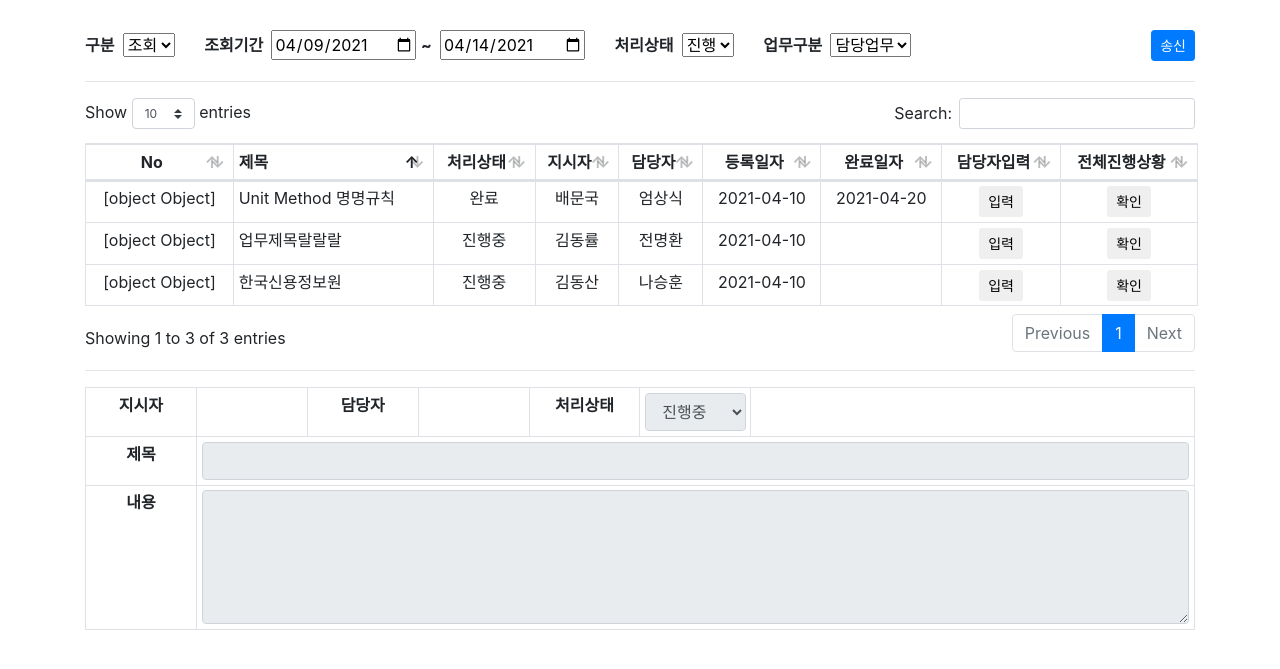
Repository: jungtaeyong/FSB_Project
Page: http://localhost/FsbJobMgt/main.jsp
The author's editor kept a copy of each file at every save. The page is drawn from the files as they stood at one save, then again after the next save.
The browser window is 1280 px wide. The pictures show the whole page.
The page is served by Tomcat 9.

Above is the page before, as saved 2021-04-16 06:19:09.
Console error: ReferenceError: jobList is not defined

### FsbJobMgt/WebContent/main.jsp
<%@ page language="java" contentType="text/html; charset=EUC-KR" pageEncoding="EUC-KR"%>
<%@ include file="/modal1_Adding.jsp" %>

<!DOCTYPE html PUBLIC "-//W3C//DTD HTML 4.01 Transitional//EN" "http://www.w3.org/TR/html4/loose.dtd">
<html>
<head>
<meta http-equiv="Content-Type" content="text/html; charset=EUC-KR">
<title>업무 관리</title>
</head>
<body>
<!-- jquery  -->
<script type="text/javascript" src="js/jquery-3.6.0.min.js"></script>

<!-- bootstrap -->
<link rel="stylesheet" type="text/css" href="lib/Bootstrap-4-4.1.1/css/bootstrap.min.css"/>
<script type="text/javascript" src="lib/Bootstrap-4-4.1.1/js/bootstrap.min.js"></script>

<!-- datatables -->
<link rel="stylesheet" type="text/css" href="lib/DataTables-1.10.24/css/dataTables.bootstrap4.min.css"/>
<script type="text/javascript" src="lib/DataTables-1.10.24/js/jquery.dataTables.min.js"></script>
<script type="text/javascript" src="lib/DataTables-1.10.24/js/dataTables.bootstrap4.min.js"></script>
<script>
$(document).ready(function() {
	/* 초기 조회 조건 세팅 */
	$('#REQUEST_TYPE').val('1'); //구분
	$('#BZWR_STS').val('01'); //처리상태
	$('#BZWR_DSTC').val('2'); //업무구분

	let befor7days= new Date();
	befor7days.setDate(befor7days.getDate()-5);
	document.getElementById('FROM_DATE').valueAsDate = befor7days; //FROM_DATE
	document.getElementById('TO_DATE').valueAsDate = new Date(); //TO_DATE

	let jobList=setTable();

	/* 송신버튼 */
	$('#action_submit').click(function(){
		let dvcd = $('#REQUEST_TYPE').val();
		if(dvcd=='1'){
			console.log('조회');
			setTable();
		}else if(dvcd=='2'){
			console.log('등록');
			createNewJob();
		}else if(dvcd=='3'){
			console.log('변경');
			updateJob();
		}
	});

	/* 구분 변경 이벤트 처리 */
	$('#REQUEST_TYPE').change(function() {
		let dvcd = $('#REQUEST_TYPE').val();
		if(dvcd=='1'){
			$('#BZWR_EXC_CHGR_BTN').hide();
			$('#BZWR_STS_2').attr("disabled",true);
			$('#BZWR_TTL').attr("disabled",true);
			$('#BZWR_CNTN').attr("disabled",true);
		}else if(dvcd=='2'){
			$('#BZWR_INDC_CHGR').text('로그인 유저');
			$('#BZWR_EXC_CHGR').text('');
			$('#BZWR_EXC_CHGR_BTN').show();
			$('#BZWR_STS_2').attr("disabled",true);
			$('#BZWR_TTL').val("");
			$('#BZWR_CNTN').val("");
			$('#BZWR_TTL').removeAttr("disabled");
			$('#BZWR_CNTN').removeAttr("disabled");
		}else if(dvcd=='3'){
			$('#BZWR_EXC_CHGR_BTN').show();
			$('#BZWR_STS_2').removeAttr("disabled");
			$('#BZWR_TTL').removeAttr("disabled");
			$('#BZWR_CNTN').removeAttr("disabled");
			alert('변경할 데이터를 선택해주세요.');
		}
	});

} );


function setTable(){
	/* 테이블 데이터 로딩 */
	let sendData = {
    		REQUEST_TYPE:$('#REQUEST_TYPE').val(),
    		FROM_DATE:$('#FROM_DATE').val(),
    		TO_DATE:$('#TO_DATE').val(),
    		BZWR_STS:$('#BZWR_STS').val(),
    		BZWR_DSTC:$('#BZWR_DSTC').val()
    };
	console.log('sendData',sendData);
	return jobList = $('#job_list').DataTable( {
        ajax : {
        	url : 'lib/testJson2.json',
        	type : 'POST',
        	data : sendData
        },
        columns : [
			{data: null },
			{data: "BZWR_TTL" },
            {data: "BZWR_STS", render : function ( data, type, row, meta ) {
            	if(data=="01"){
            		return '진행중';
            	}else if(data=="02"){
            		return '완료';
            	}
            }},
            {data: "BZWR_INDC_CHGR_TXT" },
            {data: "BZWR_EXC_CHGR_TXT" },
            {data: "BZWR_REG_DT" },
            {data: "BZWR_CMPL_DT" },
            {data: null , render : function ( data, type, row, meta ) {
                return '<button name="first_btn" class="btn btn-sm btn-default">입력</button>'
            }},
            {data: null , render : function ( data, type, row, meta ) {
                return '<button name="second_btn" class="btn btn-sm btn-default">확인</button>'
            }}
        ],
        columnDefs: [{ className: 'text-center', targets: [0,2,3,4,5,6,7,8] }],
        order: [[ 1, 'asc' ]]
    });
}

/* 테이블 Index 생성을 위한 함수 */
jobList.on( 'order.dt search.dt', function () {
	jobList.column(0, {search:'applied', order:'applied'}).nodes().each( function (cell, i) {
        cell.innerHTML = i+1;
    } );
} ).draw();

/* 테이블 클릭 이벤트  -> 클릭한 row에 해당하는 데이터를 상세 정보에 보여줌*/
$('#job_list tbody').on('click', 'td:nth-child(-n+7)', function () {
	let data = jobList.row( this ).data();
    console.log('Table Click Event',data);

	if($('#REQUEST_TYPE').val()!='2'){ //"구분-등록" 상태면 반응 없음.
        $('#BZWR_INDC_CHGR').text(data.BZWR_INDC_CHGR_TXT); //지시자
        $('#BZWR_EXC_CHGR').text(data.BZWR_EXC_CHGR_TXT); //담당자
        $('#BZWR_STS_2').val(data.BZWR_STS); //처리상태(업무상태)
        $('#BZWR_TTL').val(data.BZWR_TTL); //제목
        $('#BZWR_CNTN').val(data.BZWR_CNTN); //내용
        if($('#REQUEST_TYPE').val()=='1' || data.BZWR_STS=='02'){
        	$('#BZWR_EXC_CHGR_BTN').hide();
			$('#BZWR_STS_2').attr("disabled",true);
			$('#BZWR_TTL').attr("disabled",true);
			$('#BZWR_CNTN').attr("disabled",true);
        }else{
        	$('#BZWR_EXC_CHGR_BTN').show();
			$('#BZWR_STS_2').removeAttr("disabled");
			$('#BZWR_TTL').removeAttr("disabled");
			$('#BZWR_CNTN').removeAttr("disabled");
        }
	}
} );

/* 선택된  row 하이라이트 */
$('#job_list tbody').on('click', 'tr', function() {
	$('#job_list tbody > tr').css('background-color','#ffffff');
	$(this).css('background-color','#f0f5f5');
});

/* 테이블 버튼 이벤트(담당자입력) */
$('#job_list tbody').on( 'click', 'button[name="first_btn"]', function () {
    let data = jobList.row( $(this).parents('tr') ).data();
	//console.log("First Button",data);
	setData(data); //모달 페이지로 데이터를 전달하기 위한 함수
	$('#exampleModal').modal();
} );

/* 테이블 버튼 이벤트(전체진행상황) */
$('#job_list tbody').on( 'click', 'button[name="second_btn"]', function () {
    let data = jobList.row( $(this).parents('tr') ).data();
	//console.log("Second Button",data);
    setData(data); //모달 페이지로 데이터를 전달하기 위한 함수
	$('#exampleModalCenter').modal();
} );

/* 등록 */
function createNewJob(){
	$.ajax({
		url:'',
		dataType:'application/json',
		data : {
			REQUEST_TYPE:$('#REQUEST_TYPE').val(), //구분(조회,등록,변경)
			BZWR_DSTC:$('#BZWR_DSTC').val(), //업무구분
			BZWR_INDC_CHGR:'로그인 유저', //업무지시담당자
			BZWR_EXC_CHGR:'담당자', //업무수행담당자
			BZWR_STS:'1', //업무상태 (등록 시 진행으로 세팅)
			BZWR_TTL:$('#BZWR_TTL').val(), //업무제목
			BZWR_CNTN:$('#BZWR_CNTN').val() //업무내용
		},
		success:function(data){
			alert('등록 되었습니다.');
	   }
	})
}

/* 변경 */
function updateJob(){
	$.ajax({
		url:'',
		dataType:'application/json',
		data : {
			REQUEST_TYPE:$('#REQUEST_TYPE').val(), //구분(조회,등록,변경)
			BZWR_DSTC:$('#BZWR_DSTC').val(), //업무구분
			BZWR_EXC_CHGR:'담당자', //업무수행담당자
			BZWR_STS:$('#BZWR_STS_2').val(), //업무상태
			BZWR_TTL:$('#BZWR_TTL').val(), //업무제목
			BZWR_CNTN:$('#BZWR_CNTN').val() //업무내용
		},
		success:function(data){
			alert('변경 되었습니다.');
	   }
	})
}


</script>
<div class="container" style="margin-top:30px">
	<!-- 조회 조건 -->
	<div>
		<div>
			<label style="font-weight:bold;">구분&nbsp;</label>
			<select id="REQUEST_TYPE" style="margin-right:25px">
			    <option value="1">조회</option>
			    <option value="2">등록</option>
			    <option value="3">변경</option>
			</select>
			<label style="font-weight:bold">조회기간&nbsp;</label>
			<input type="date" id="FROM_DATE" style="width:145px" value=""/>
			<label style="font-weight:bold">~&nbsp;</label>
			<input type="date" id="TO_DATE" value=""  style="margin-right:25px;width:145px"/>
			<label style="font-weight:bold;">처리상태&nbsp;</label>
			<select id="BZWR_STS" style="margin-right:25px">
			    <option value="01">진행</option>
			    <option value="02">완료</option>
			    <option value="03">전체</option>
			</select>
			<label style="font-weight:bold;">업무구분&nbsp;</label>
			<select id="BZWR_DSTC">
			    <option value="1">지시업무</option>
			    <option value="2">담당업무</option>
			</select>
			<input type='button' id="action_submit" class="btn btn-sm btn-primary" style="float:right" value='송신'/>
		</div>
	</div>
	<hr/>
	<!-- 목록 -->
	<div>
		<table id="job_list" class="table table-sm table-bordered">
	        <thead>
	            <tr>
	            	<th>No</th>
	                <th>제목</th>
	                <th>처리상태</th>
	                <th>지시자</th>
	                <th>담당자</th>
	                <th>등록일자</th>
	                <th>완료일자</th>
	                <th>담당자입력</th>
	                <th>전체진행상황</th>
	            </tr>
	        </thead>
	    </table>
	</div>
	<hr/>
	<!-- 상세 -->
	<div>
		<table class="table table-bordered table-sm display" style="text-align:center;">
			<tr>
				<th scope="col" width="10%">지시자</th>
				<td scope="col" id="BZWR_INDC_CHGR" width="10%"></td>
				<th scope="col" width="10%">담당자</th>
				<td scope="col" width="10%">
					<span id="BZWR_EXC_CHGR"></span>
					<button id="BZWR_EXC_CHGR_BTN" class="btn btn-sm btn-info" style="display:none">선택</button>
				</td>
				<th scope="col" width="10%">처리상태</th>
				<td scope="col" width="10%">
					<select id="BZWR_STS_2" class="form-control" disabled>
					    <option value="01">진행중</option>
					    <option value="02">완료</option>
					</select>
				</td>
				<td scope="col"></td>
			</tr>
			<tr>
				<th scope="row">제목</th><td colspan="6"><input type="text" id="BZWR_TTL" class="form-control input-sm" disabled/></td>
			</tr>
			<tr>
				<th scope="row">내용</th><td colspan="6"><textarea ID="BZWR_CNTN" class="form-control input-sm" rows="5" disabled></textarea></td>
			</tr>
		</table>
	</div>
</div>
</body>
</html>

### FsbJobMgt/WebContent/modal1_Adding.jsp
<%@ page language="java" contentType="text/html; charset=EUC-KR"
    pageEncoding="EUC-KR"%>
<!DOCTYPE html>

<html lang="en">
  <head>
    <!-- Required meta tags -->
    <meta charset="utf-8">
    <meta name="viewport" content="width=device-width, initial-scale=1, shrink-to-fit=no">

	<!-- jquery  -->
	<script type="text/javascript" src="js/jquery-3.6.0.min.js"></script>

	<!-- bootstrap -->
	<link rel="stylesheet" type="text/css" href="lib/Bootstrap-4-4.1.1/css/bootstrap.min.css"/>
	<script type="text/javascript" src="lib/Bootstrap-4-4.1.1/js/bootstrap.min.js"></script>




<!--     드롭다운 style -->
    <style>
	.dropbtn {
	  background-color: #4CAF50;
	  color: white;
	  padding: 16px;
	  font-size: 16px;
	  border: none;
	}

	.dropdown {
	  position: relative;
	  display: inline-block;
	}

	.dropdown-content {
	  display: none;
	  position: absolute;
	  background-color: #f1f1f1;
	  min-width: 160px;
	  box-shadow: 0px 8px 16px 0px rgba(0,0,0,0.2);
	  z-index: 1;
	}

	.dropdown-content a {
	  color: black;
	  padding: 12px 16px;
	  text-decoration: none;
	  display: block;
	}

	.dropdown-content a:hover {background-color: #ddd;}

	.dropdown:hover .dropdown-content {display: block;}

	.dropdown:hover .dropbtn {background-color: #3e8e41;}
	</style>

  </head>
  <script>
	function setData(data){
		let dataObjFromMain; //dataObjFromMain.JOB_CD 처럼 접근해서 사용.
		dataObjFromMain=data;
		console.log('dataObjFromMain',dataObjFromMain); //확인용

		/* 여기에 DB에 데이터 요청하고 받아오고 view에 적용하는 로직 작성 */
	}
  </script>
  <body>
    <!--
    <h1>In Page</h1>
	<button type="button" class="btn btn-primary" data-toggle="modal" data-target="#exampleModal" data-whatever="@mdo">담당자 추가</button>
	-->


	<!-- 	### 담당자 추가 -->
	<div class="modal fade" id="exampleModal" tabindex="-1" role="dialog" aria-labelledby="exampleModalLabel" aria-hidden="true">
	  <div class="modal-dialog" role="document">
	    <div class="modal-content">
	      <div class="modal-header">
	        <h5 class="modal-title" id="exampleModalLabel">담당자 추가</h5>
	        <button type="button" class="close" data-dismiss="modal" aria-label="Close">
	          <span aria-hidden="true">&times;</span>
	        </button>
	      </div>

	      <div class="modal-body">
		    <b>최초 지시자&emsp;</b> <em>OOO</em>
		    &emsp;&emsp;&emsp;&emsp;&emsp;
		    <b>현재 담당자&emsp;</b> <em>OOO</em>

	     	<br/><br/>

			<table>
				<tr><!--행(row)선언-->
	                <th><b>추가 담당자</b></th>


	                	<!-- <input type="text" name = "UserID" value="" placeholder = "담당자 입력" style="width:100px; right:30%;"/> -->
	                	<!-- <input type="text" class="form-control" id="recipient-name" style="width:100px; padding-left:10px"> -->
	                	<td>
	                	&emsp;
	                		<select name="solar_birth_yn" id="solar_birth_yn">
		                		<option value="none">부 서</option>
		 				       	<option value="1">IT</option>
					       	 	<option value="2">일반본부</option>
					   		</select>
					   	&emsp;
					   		<select name="solar_birth_yn" id="solar_birth_yn">
		                		<option value="none">팀</option>
		 				       	<option value="1">계정운영팀</option>
					       	 	<option value="2">계정개발팀</option>
					   		</select>
					   	&emsp;
					   		<select name="solar_birth_yn" id="solar_birth_yn">
		                		<option value="none">사원</option>
		 				       	<option value="1">홍길동</option>
					       	 	<option value="2">김동율</option>
					   		</select>
					    </td>

	                <!-- <th rowspan="2"><input type="submit" value="로그인"/></th> -->
        	    </tr>
			</table>


			<hr>

	        <form>
	          <div class="form-group">
	            <label for="recipient-name" class="col-form-label">제 목</label>
	            <input type="text" class="form-control" id="recipient-name">
	          </div>
	          <div class="form-group">
	            <label for="message-text" class="col-form-label">내 용</label>
	            <textarea class="form-control" id="message-text" style="height:100px"></textarea>
	          </div>
	        </form>
	      </div>

	      <div class="modal-footer">
	        <button type="button" class="btn btn-secondary" data-dismiss="modal">닫기</button>
	        <button type="button" class="btn btn-primary">등록</button>
	      </div>
	    </div>
	  </div>
	</div>

	<!-- 	### 지시현황 체크 -->
		<!-- Button trigger modal -->
	<!--
	<button type="button" class="btn btn-primary" data-toggle="modal" data-target="#exampleModalCenter">
	  지시현황
	</button>
	-->

	<!-- Modal -->
	<div class="modal fade" id="exampleModalCenter" tabindex="-1" role="dialog" aria-labelledby="exampleModalCenterTitle" aria-hidden="true">
	  <div class="modal-dialog modal-dialog-centered" role="document">
	    <div class="modal-content">
	      <div class="modal-header">
	        <h5 class="modal-title" id="exampleModalCenterTitle">지시현황</h5>
	        <button type="button" class="close" data-dismiss="modal" aria-label="Close">
	          <span aria-hidden="true">&times;</span>
	        </button>
	      </div>

	      <div class="modal-body">
		     <table class="table">
				 <thead>
				   <tr>
				      <th>지시자</th>
				      <th>담당자</th>
				      <th>처리 상태</th>
   				      <th>지시 일자</th>
				   </tr>
				 </thead>
				 <tbody>
				   <tr>
				      <td>John</td>
				      <td>Doe</td>
				      <td>진행중</td>
				      <td>2021.03.01</td>
				   </tr>
				   <tr>
				      <td>Doe</td>
				      <td>Moe</td>
				      <td>진행중</td>
   				      <td>2021.04.02</td>
				   </tr>
				   <tr>
				      <td>Moe</td>
				      <td>Ryul</td>
				      <td>완료</td>
				      <td>2021.04.10</td>
				   </tr>
				 </tbody>
			</table>
	      </div>

	      <div class="modal-footer">
	        <button type="button" class="btn btn-secondary" data-dismiss="modal">닫기</button>
	      </div>
	    </div>
	  </div>
</div>




 </body>
</html>

### FsbJobMgt/WebContent/lib/testJson2.json
{
  "data": [
    {
      "BZWR_DSTC": "1",
      "JOB_CD": "20210410123456",
      "SQNO": "1",
      "BZWR_STS": "01",
      "BZWR_REG_DT": "2021-04-10",
      "BZWR_CMPL_DT": "",
      "BZWR_INDC_CHGR": "221001",
      "BZWR_INDC_CHGR_TXT": "김동률",
      "BZWR_EXC_CHGR":"221002",
      "BZWR_EXC_CHGR_TXT":"전명환",
      "BZWR_TTL":"업무제목랄랄랄",
      "BZWR_CNTN":"업무내용호롤롤롤"
    },
    {
      "BZWR_DSTC": "1",
      "JOB_CD": "20210410153215",
      "SQNO": "2",
      "BZWR_STS": "01",
      "BZWR_REG_DT": "2021-04-10",
      "BZWR_CMPL_DT": "",
      "BZWR_INDC_CHGR": "221001",
      "BZWR_INDC_CHGR_TXT": "김동산",
      "BZWR_EXC_CHGR":"221002",
      "BZWR_EXC_CHGR_TXT":"나승훈",
      "BZWR_TTL":"한국신용정보원",
      "BZWR_CNTN":"일반신용정보관리규약 실무 해설"
    },
    {
      "BZWR_DSTC": "1",
      "JOB_CD": "20210410095031",
      "SQNO": "3",
      "BZWR_STS": "02",
      "BZWR_REG_DT": "2021-04-10",
      "BZWR_CMPL_DT": "2021-04-20",
      "BZWR_INDC_CHGR": "221001",
      "BZWR_INDC_CHGR_TXT": "배문국",
      "BZWR_EXC_CHGR":"221002",
      "BZWR_EXC_CHGR_TXT":"엄상식",
      "BZWR_TTL":"Unit Method 명명규칙",
      "BZWR_CNTN":"피대문자 어플리케이션코드 세자리 대문자 업무구분코드"
    }
 ]
}

Loaded but not shown: FsbJobMgt/WebContent/js/jquery-3.6.0.min.js (library); FsbJobMgt/WebContent/lib/Bootstrap-4-4.1.1/css/bootstrap.min.css (library); FsbJobMgt/WebContent/lib/Bootstrap-4-4.1.1/js/bootstrap.min.js (library); FsbJobMgt/WebContent/lib/DataTables-1.10.24/css/dataTables.bootstrap4.min.css (library); FsbJobMgt/WebContent/lib/DataTables-1.10.24/js/jquery.dataTables.min.js (library); FsbJobMgt/WebContent/lib/DataTables-1.10.24/js/dataTables.bootstrap4.min.js (library)

After the next save:
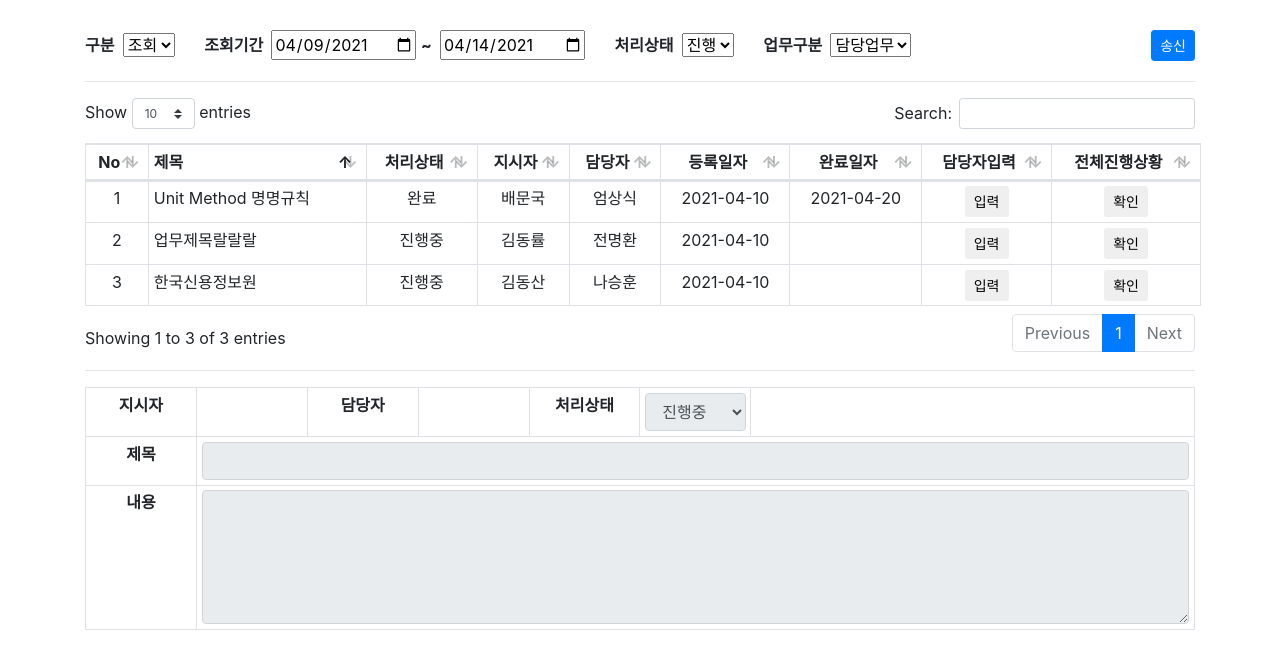
The error is gone.
Saved 53 s later.
--- a/FsbJobMgt/WebContent/main.jsp
+++ b/FsbJobMgt/WebContent/main.jsp
@@ -32,6 +32,60 @@ $(document).ready(function() {
 	document.getElementById('TO_DATE').valueAsDate = new Date(); //TO_DATE
 
 	let jobList=setTable();
+	/* 테이블 Index 생성을 위한 함수 */
+	jobList.on( 'order.dt search.dt', function () {
+		jobList.column(0, {search:'applied', order:'applied'}).nodes().each( function (cell, i) {
+	        cell.innerHTML = i+1;
+	    } );
+	} ).draw();
+
+	/* 테이블 클릭 이벤트  -> 클릭한 row에 해당하는 데이터를 상세 정보에 보여줌*/
+	$('#job_list tbody').on('click', 'td:nth-child(-n+7)', function () {
+		let data = jobList.row( this ).data();
+	    console.log('Table Click Event',data);
+
+		if($('#REQUEST_TYPE').val()!='2'){ //"구분-등록" 상태면 반응 없음.
+	        $('#BZWR_INDC_CHGR').text(data.BZWR_INDC_CHGR_TXT); //지시자
+	        $('#BZWR_EXC_CHGR').text(data.BZWR_EXC_CHGR_TXT); //담당자
+	        $('#BZWR_STS_2').val(data.BZWR_STS); //처리상태(업무상태)
+	        $('#BZWR_TTL').val(data.BZWR_TTL); //제목
+	        $('#BZWR_CNTN').val(data.BZWR_CNTN); //내용
+	        if($('#REQUEST_TYPE').val()=='1' || data.BZWR_STS=='02'){
+	        	$('#BZWR_EXC_CHGR_BTN').hide();
+				$('#BZWR_STS_2').attr("disabled",true);
+				$('#BZWR_TTL').attr("disabled",true);
+				$('#BZWR_CNTN').attr("disabled",true);
+	        }else{
+	        	$('#BZWR_EXC_CHGR_BTN').show();
+				$('#BZWR_STS_2').removeAttr("disabled");
+				$('#BZWR_TTL').removeAttr("disabled");
+				$('#BZWR_CNTN').removeAttr("disabled");
+	        }
+		}
+	} );
+
+	/* 선택된  row 하이라이트 */
+	$('#job_list tbody').on('click', 'tr', function() {
+		$('#job_list tbody > tr').css('background-color','#ffffff');
+		$(this).css('background-color','#f0f5f5');
+	});
+
+	/* 테이블 버튼 이벤트(담당자입력) */
+	$('#job_list tbody').on( 'click', 'button[name="first_btn"]', function () {
+	    let data = jobList.row( $(this).parents('tr') ).data();
+		//console.log("First Button",data);
+		setData(data); //모달 페이지로 데이터를 전달하기 위한 함수
+		$('#exampleModal').modal();
+	} );
+
+	/* 테이블 버튼 이벤트(전체진행상황) */
+	$('#job_list tbody').on( 'click', 'button[name="second_btn"]', function () {
+	    let data = jobList.row( $(this).parents('tr') ).data();
+		//console.log("Second Button",data);
+	    setData(data); //모달 페이지로 데이터를 전달하기 위한 함수
+		$('#exampleModalCenter').modal();
+	} );
+
 
 	/* 송신버튼 */
 	$('#action_submit').click(function(){
@@ -119,59 +173,6 @@ function setTable(){
     });
 }
 
-/* 테이블 Index 생성을 위한 함수 */
-jobList.on( 'order.dt search.dt', function () {
-	jobList.column(0, {search:'applied', order:'applied'}).nodes().each( function (cell, i) {
-        cell.innerHTML = i+1;
-    } );
-} ).draw();
-
-/* 테이블 클릭 이벤트  -> 클릭한 row에 해당하는 데이터를 상세 정보에 보여줌*/
-$('#job_list tbody').on('click', 'td:nth-child(-n+7)', function () {
-	let data = jobList.row( this ).data();
-    console.log('Table Click Event',data);
-
-	if($('#REQUEST_TYPE').val()!='2'){ //"구분-등록" 상태면 반응 없음.
-        $('#BZWR_INDC_CHGR').text(data.BZWR_INDC_CHGR_TXT); //지시자
-        $('#BZWR_EXC_CHGR').text(data.BZWR_EXC_CHGR_TXT); //담당자
-        $('#BZWR_STS_2').val(data.BZWR_STS); //처리상태(업무상태)
-        $('#BZWR_TTL').val(data.BZWR_TTL); //제목
-        $('#BZWR_CNTN').val(data.BZWR_CNTN); //내용
-        if($('#REQUEST_TYPE').val()=='1' || data.BZWR_STS=='02'){
-        	$('#BZWR_EXC_CHGR_BTN').hide();
-			$('#BZWR_STS_2').attr("disabled",true);
-			$('#BZWR_TTL').attr("disabled",true);
-			$('#BZWR_CNTN').attr("disabled",true);
-        }else{
-        	$('#BZWR_EXC_CHGR_BTN').show();
-			$('#BZWR_STS_2').removeAttr("disabled");
-			$('#BZWR_TTL').removeAttr("disabled");
-			$('#BZWR_CNTN').removeAttr("disabled");
-        }
-	}
-} );
-
-/* 선택된  row 하이라이트 */
-$('#job_list tbody').on('click', 'tr', function() {
-	$('#job_list tbody > tr').css('background-color','#ffffff');
-	$(this).css('background-color','#f0f5f5');
-});
-
-/* 테이블 버튼 이벤트(담당자입력) */
-$('#job_list tbody').on( 'click', 'button[name="first_btn"]', function () {
-    let data = jobList.row( $(this).parents('tr') ).data();
-	//console.log("First Button",data);
-	setData(data); //모달 페이지로 데이터를 전달하기 위한 함수
-	$('#exampleModal').modal();
-} );
-
-/* 테이블 버튼 이벤트(전체진행상황) */
-$('#job_list tbody').on( 'click', 'button[name="second_btn"]', function () {
-    let data = jobList.row( $(this).parents('tr') ).data();
-	//console.log("Second Button",data);
-    setData(data); //모달 페이지로 데이터를 전달하기 위한 함수
-	$('#exampleModalCenter').modal();
-} );
 
 /* 등록 */
 function createNewJob(){
